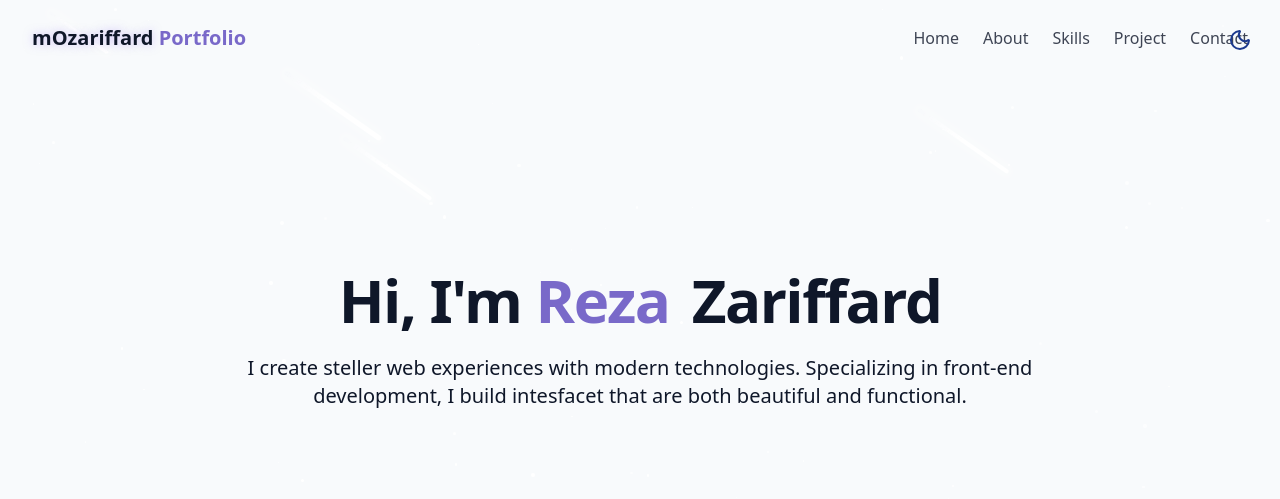
Repository: mOzariffard/Portfolio
Page: /
The author's editor kept a copy of each file at every save. The page is drawn from the files as they stood at one save, then again after the next save.
The browser window is 1280 px wide. The pictures show the whole page.
The project was rebuilt for these pictures with package versions that can differ from the ones it lists, and the page was loaded fresh each time. Also part of the build but not shown: vite.config.js, src/pages/NotFound.jsx.

Above is the page before, as saved 2025-06-29 13:16:33.

### src/App.jsx
import  Home from "./pages/Home"
import { BrowserRouter, Route, Routes } from "react-router-dom"
import NotFound from "./pages/NotFound"


function App() {

  return (
    <>
    <BrowserRouter>
    <Routes>
      <Route index element={<Home />} />
      <Route path="*" element={<NotFound />} />
    </Routes>
    </BrowserRouter>
    </>
  )
}

export default App

### src/pages/Home.jsx
import React from 'react'
import ThemeToggle from '@/components/ThemeToggle'
import StartBackground from '@/components/StartBackground'
import Navbar from '@/components/Navbar'
import HeroSection from '../components/HeroSection'
const Home = () => {
  return (
    <div className='min-h-screen bg-background text-foreground overflow-x-hidden'>
        {/*----------------Theme Toggle----------------*/}
        <ThemeToggle />
        {/*----------------Background Effects----------------*/}
        <StartBackground/>
        {/*----------------Nav Bar----------------*/}
        <Navbar/>
        {/*----------------Main Content----------------*/}
        <main>
        <HeroSection />
        </main>
        {/*----------------Footer----------------*/}


    </div>
  )
}

export default Home

### src/components/ThemeToggle.jsx
import React, { useEffect, useState } from 'react'
import { Sun, Moon } from 'lucide-react'
import { cn } from '@/lib/utils';
const ThemeToggle = () => {
    const [isDarkMode, setIsDarkMode]= useState(false);

    useEffect(()=>{
        const storedTheme= localStorage.getItem('theme');
        if(storedTheme=== 'dark'){
            setIsDarkMode(true);
            document.documentElement.classList.add('dark');
        }else{
            localStorage.setItem('theme', 'light');
            setIsDarkMode(false);
        }
    },[])
    const toggleTheme=()=>{
        if(isDarkMode){
            document.documentElement.classList.remove('dark');
            localStorage.setItem('theme', 'light');
            setIsDarkMode(false);
        }else{
            document.documentElement.classList.add('dark');
            localStorage.setItem('theme', 'dark');
            setIsDarkMode(true);
        }
    }
  return (
    <button onClick={toggleTheme} className={cn(
        "fixed max-sm:hidden top-5 right-5 z-50 p-2 rounded-full transition-colors duration-300",
        "focus:outline-hidden")}>
        {isDarkMode ? <Sun className='h-6 w-6 text-yellow-300'/> : <Moon className='h-6 w-6 text-blue-900' />}
    </button>
  )
}

export default ThemeToggle

### src/components/StartBackground.jsx
import React, { useEffect, useState } from 'react'

// START has
// ID , SIZE , X , Y , OPACITY , ANIMATION DURATION
// METEOR has
// ID , SIZE , X , Y , DELAY , DURATION

const StartBackground = () => {
    const [stars,setStars]=useState([]);
    const [meteors,setMeteors]=useState([]);

    useEffect(()=>{
        generateStars();
        generateMeteors();

        const handleResize = ()=>{
            generateStars();
        };

        window.addEventListener('resize', handleResize);

        return ()=> window.removeEventListener('resize', handleResize);

    },[])

    const generateStars = () =>{
        const numbersOfStars = Math.floor(window.innerWidth * window.innerHeight /10000);

        const newStars=[];

        for(let i=0; i<numbersOfStars; i++){
            newStars.push({
                id: i,
                size: Math.random()* 3 + 1,
                x: Math.random()*100 ,
                y:  Math.random()*100,
                opacity: Math.random()*0.5 +0.5 ,
                animationDuration: Math.random()*4+2 ,
            });
        }

        setStars(newStars);
    };

    const generateMeteors = () =>{
        const numbersOfMeteors = 4;

        const newMeteors=[];

        for(let i=0; i<numbersOfMeteors; i++){
            newMeteors.push({
                id: i,
                size: Math.random()* 2 + 1,
                x: Math.random()* 100 ,
                y:  Math.random()* 20,
                delay: Math.random()* 15 ,
                animationDuration: Math.random()*3+3 ,
            });
        }

        setMeteors(newMeteors);
    };


  return (
    <div className='fixed inset-0 overflow-hidden pointer-events-none z-0 '>
        {stars.map((star)=>(
            <div
            key={star.id}
                className='star animate-pluse-subtle' style={{
                width:`${star.size}px` ,
                height: `${star.size}px`,
                left: `${star.x}%`,
                top: `${star.y}%`,
                opacity:`${star.opacity}` ,
                animationDuration: `${star.animationDuration}s`
            }} />
        ))}

        {meteors.map((meteor)=>(
            <div
            className='meteor animate-meteor'
            key={meteor.id}
            style={{
                width: `${meteor.size* 50}px`,
                height: `${meteor.size * 2}px`,
                left: `${meteor.x}%`,
                top: `${meteor.y}%`,
                animationDelay: `${meteor.delay}`,
                animationDuration: `${meteor.duration}s`
            }}
            />
        ))}
    </div>
  )
}

export default StartBackground

### src/components/Navbar.jsx
import React, { useState, useEffect } from 'react';
import { cn } from '@/lib/utils';
import { X , Menu } from 'lucide-react';

const navItems = [
    { name: 'Home', href: '#hero' },
    { name: 'About', href: '#about' },
    { name: 'Skills', href: '#skills' },
    { name: 'Project', href: '#project' },
    { name: 'Contact', href: '#contact' },
];

const Navbar = () => {
    const [isScrolled, setIsScrolled] = useState(false);
    const [isMenuOpen, setIsMenuOpen] = useState(false);

    useEffect(() => {
        const handleScroll = () => {
            setIsScrolled(window.scrollY > 10);
        };

        window.addEventListener('scroll', handleScroll);

        return () => window.removeEventListener('scroll', handleScroll);
    }, []);

    return (
        <nav
            className={cn(
                'fixed w-full z-40 transition-all duration-300',
                isScrolled ? 'py-3 bg-background/80 backdrop-blur-md shadow-xs' : 'py-6'
            )}
        >
            <div className="container flex items-center justify-between">
                <a href="#hero" className="text-xl font-bold text-primary flex items-center">
                    <span className="relative z-10">
                        <span className="text-glow text-foreground">mOzariffard</span> Portfolio
                    </span>
                </a>

                {/* DESKTOP NAV */}
                <div className="hidden md:flex space-x-6">
                    {navItems.map((item, key) => (
                        <a
                            key={key}
                            href={item.href}
                            className="text-foreground/80 hover:text-primary transition-colors duration-300"
                        >
                            {item.name}
                        </a>
                    ))}
                </div>

                {/* MOBILE NAV */}
                <button onClick={() => setIsMenuOpen((prev)=> !prev)}
                className='md:hidden p-2 text-foreground z-50'
                aria-label={!isMenuOpen ? 'Close Menu': 'Open Menu'}
                >
                {isMenuOpen ? <X size={24} /> : <Menu size={24} />}
                </button>

                <div
                    className={cn(
                        'fixed inset-0 bg-background/90 backdrop-blur-md z-40 flex flex-col items-center justify-center',
                        'transition-all duration-300 md:hidden',
                        isMenuOpen ? 'opacity-100 pointer-events-auto' : 'opacity-0 pointer-events-none'
                    )}
                >
                    <div className="flex flex-col space-y-8 text-xl">
                        {navItems.map((item, key) => (
                            <a
                                key={key}
                                href={item.href}
                                className="text-foreground/80 hover:text-primary transition-colors duration-300"
                                onClick={() => setIsMenuOpen(false)}
                            >
                                {item.name}
                            </a>
                        ))}
                    </div>
                </div>
            </div>
        </nav>
    );
};

export default Navbar;

### src/components/HeroSection.jsx
import React from 'react'

const HeroSection = () => {
  return (
    <section className='relative min-h-screen flex flex-col items-center justify-center px-4'>
        <div className='container max-w-4xl mx-auto text-center z-10'>
            <div className='space-y-6'>
                <h1 className='text-4xl md:text-6xl font-bold tracking-tight'>
                <span className='opacity-0 animate-fade-in' >Hi, I'm</span>
                <span className='text-primary opacity-0 animate-fade-in-delay-1'> Reza</span>
                <span className='text-gradient ml-2 opacity-0 animate-fade-in-delay-2'> Zariffard</span>
                </h1>
                <p className='text-lg md:text-xl text-muted-foreground max-2-2xl mx-auto opacity-0 animate-fade-in-delay-3'>
                    I create steller web experiences with modern technologies.
                    Specializing in front-end development, I build intesfacet
                    that are both beautiful and functional.
                </p>
                <div className='pt-4 opacity-0 animate-fade-in-delay-4'>

                </div>
            </div>
        </div>
    </section>
  )
}

export default HeroSection

### src/lib/utils.js
import {clsx} from 'clsx';
import { twMerge } from 'tailwind-merge';



export const cn= (...inputs)=>{
    return twMerge(clsx(inputs));
}

Loaded but not shown: index.html (common file); src/main.jsx (common file); src/index.css (common file)

After the next save:
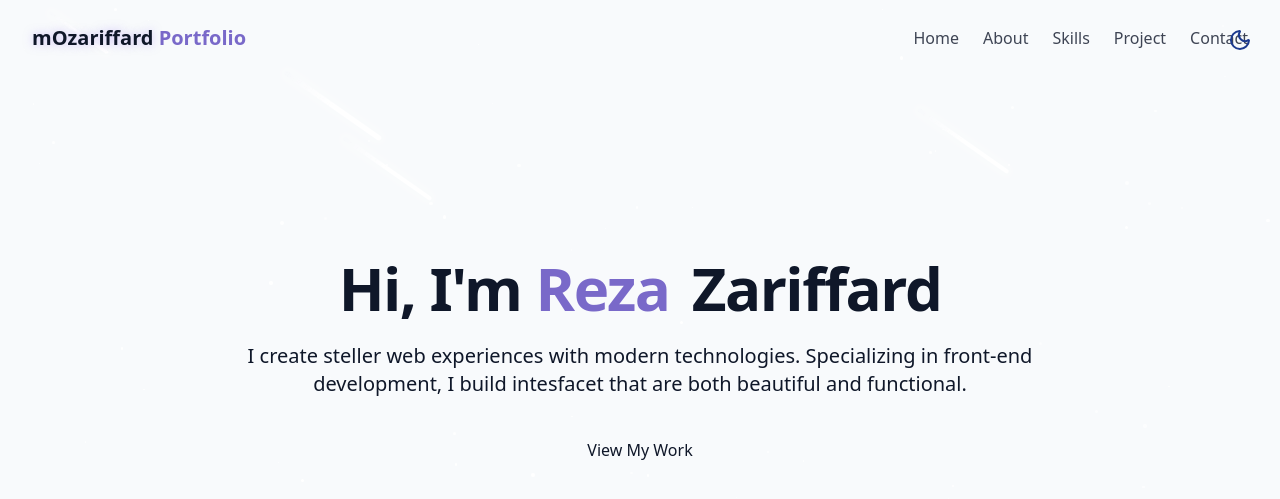
Saved 36 s later.
--- a/src/components/HeroSection.jsx
+++ b/src/components/HeroSection.jsx
@@ -16,7 +16,7 @@ const HeroSection = () => {
                     that are both beautiful and functional.
                 </p>
                 <div className='pt-4 opacity-0 animate-fade-in-delay-4'>
-
+                    <a href="#projects"> View My Work</a>
                 </div>
             </div>
         </div>
